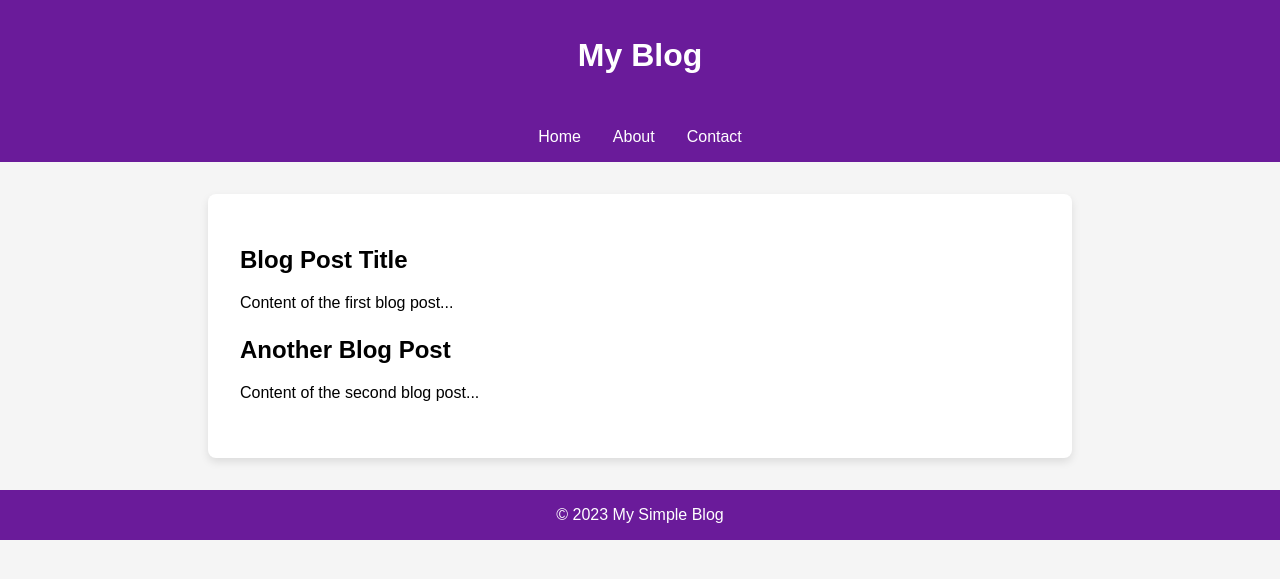
Repository: Femi007-gh/BLOG
Page: index.html
These files come from the project's save history. The page is drawn as it stood at one moment and after the next save; the edit follows.
The browser window is 1280 px wide. The pictures show the whole page.

Above is the page before, as saved 2025-01-08 08:46:34.

After the next save:
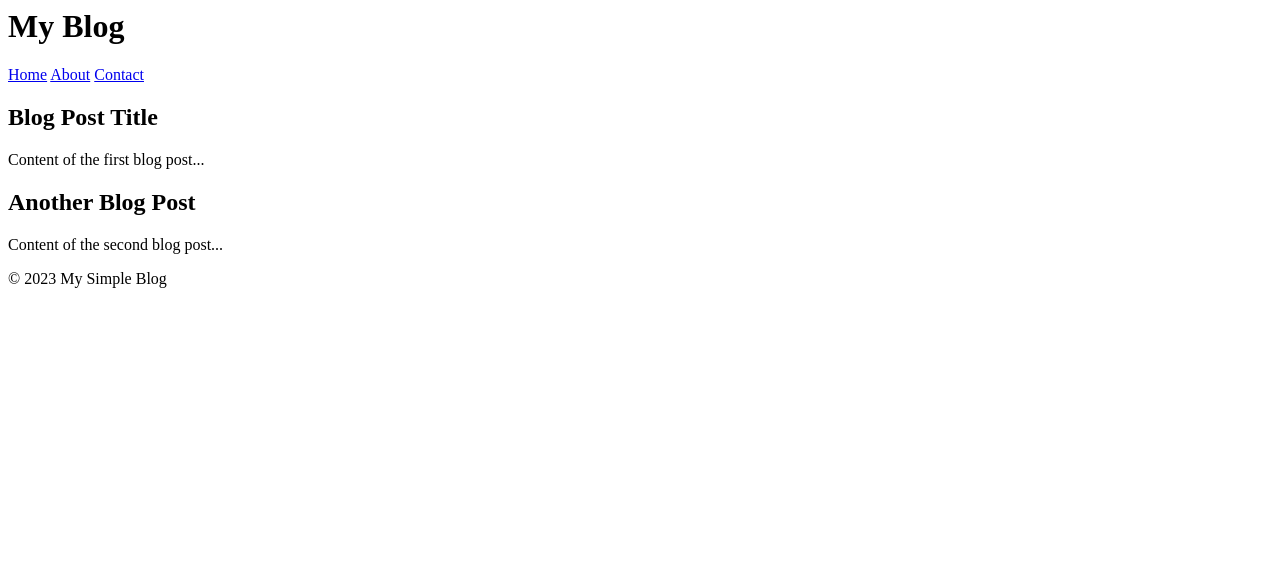
Saved 9 s later.
--- a/index.html
+++ b/index.html
@@ -4,55 +4,7 @@
   <title>My Blog</title>
   <link rel="stylesheet" href="style.css">
   <style>
-    body {
-      margin: 0;
-      font-family: Arial, sans-serif;
-      background-color: #f5f5f5;
-    }
 
-    header {
-      background-color: #6a1b9a;
-      color: white;
-      text-align: center;
-      padding: 1rem;
-    }
-
-    nav {
-      display: flex;
-      justify-content: center;
-      background-color: #6a1b9a;
-    }
-
-    nav a {
-      color: white;
-      text-decoration: none;
-      padding: 1rem;
-    }
-
-    nav a:hover {
-      background-color: #4a148c;
-    }
-
-    .container {
-      margin: 2rem auto;
-      max-width: 800px;
-      background-color: white;
-      border-radius: 8px;
-      padding: 2rem;
-      box-shadow: 0 4px 8px rgba(0, 0, 0, 0.1);
-    }
-
-    .blog-post {
-      margin-bottom: 1.5rem;
-    }
-
-    footer {
-      background-color: #6a1b9a;
-      color: white;
-      text-align: center;
-      padding: 1rem 0;
-      margin-top: 2rem;
-    }
   </style>
 </head>
 <body>
